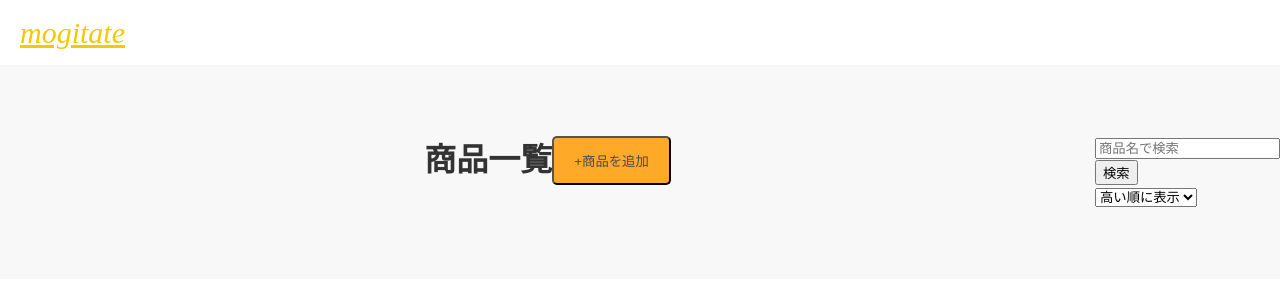
Repository: SuzukiFuminori/test-fruit
Page: http://localhost/products
These files come from the project's save history. The page is drawn as it stood at one moment and after a run of saves; the edit follows.
The browser window is 1280 px wide. The pictures show the whole page.
The page is served by the project's Laravel application, run on PHP 8.4 with Laravel 8. Queries for data that is not in the repository find no rows.

Above is the page before, as saved 2024-12-30 04:29:32.

After the next 2 saves:
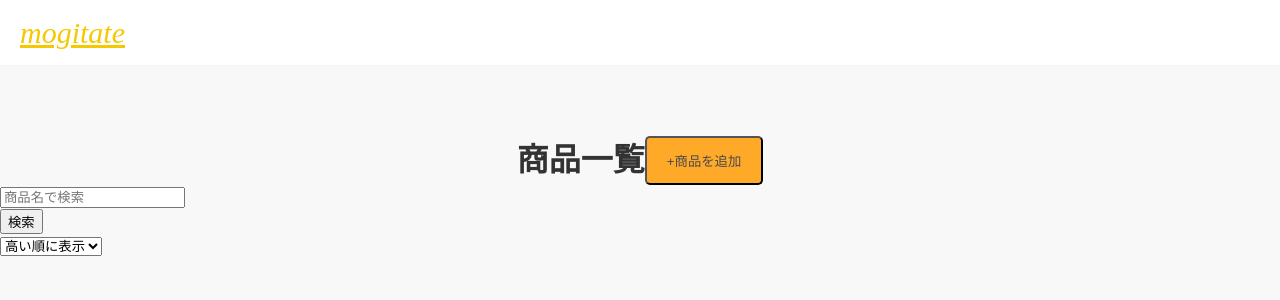
The 2 saves are shown as one change because they came seconds apart.
The last was saved 12 s later.
--- a/src/public/css/index.css
+++ b/src/public/css/index.css
@@ -4,7 +4,7 @@
 
 .content__inner {
   display:flex;
-  flex-
+  flex-direction: column;
   margin: 0 auto;
   padding: 70px 0;
 }
